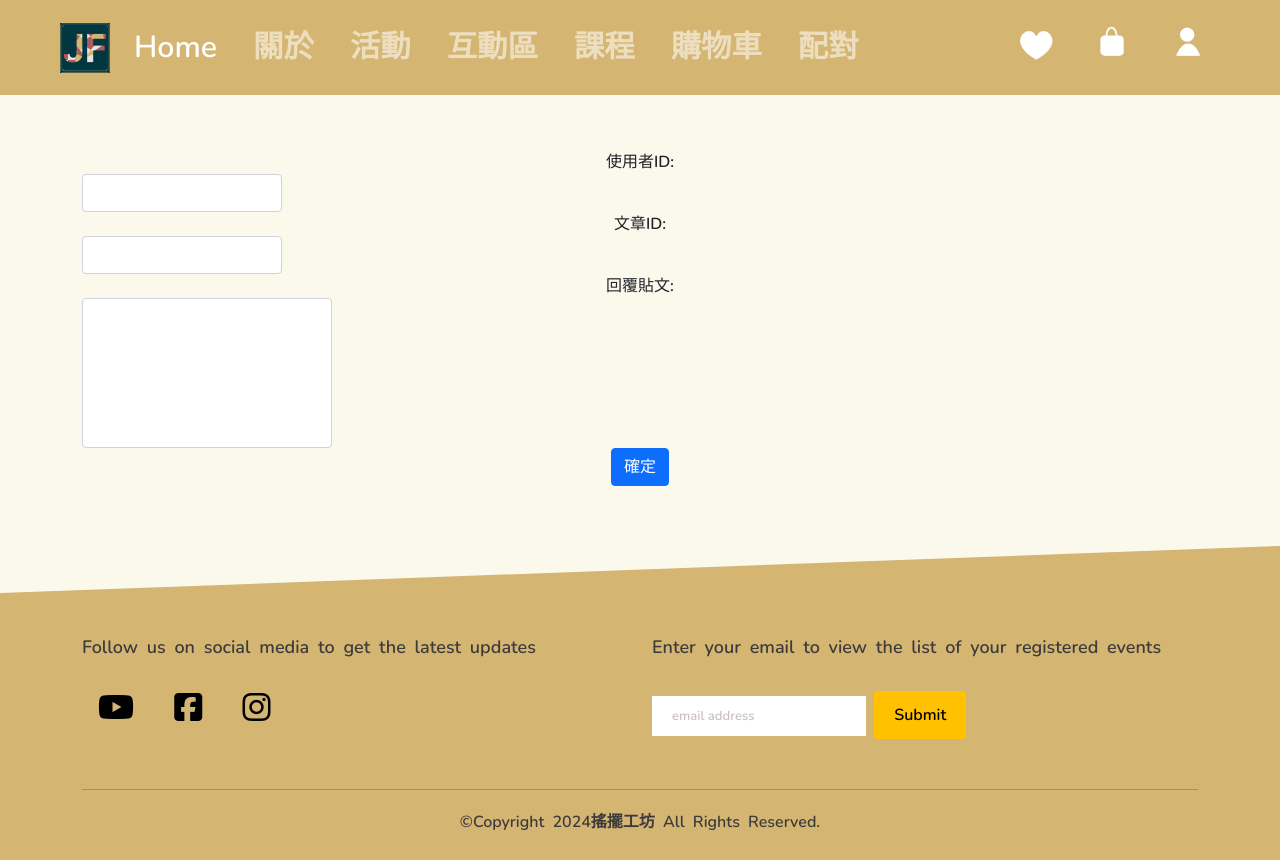
Repository: mmmooonnn0211/project
Page: workspace/demoSpringBoot-1/src/main/resources/static/html/ReplyInsertFront.html
An editor plug-in stored every save of this project. The page is shown before and after the next save, followed by the edit.
The browser window is 1280 px wide. The pictures show the whole page.
Some web libraries are served in a nearby version.

Above is the page before, as saved 2024-05-07 14:08:46.

After the next save:
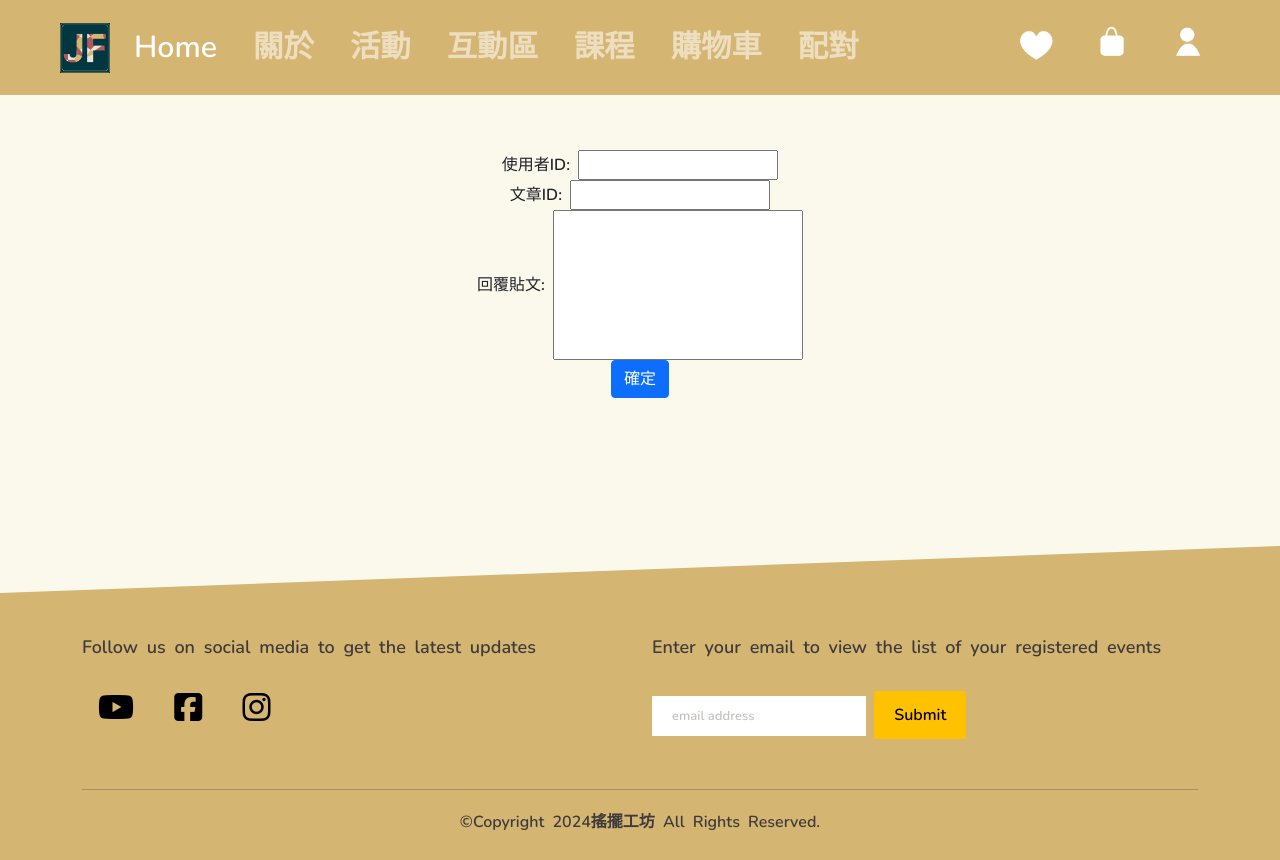
Saved 32 s later.
--- a/workspace/demoSpringBoot-1/src/main/resources/static/html/ReplyInsertFront.html
+++ b/workspace/demoSpringBoot-1/src/main/resources/static/html/ReplyInsertFront.html
@@ -45,18 +45,17 @@
 
 				<div>
 					<label for="userId">使用者ID:</label>
-					<input type="text" id="userId" name="userId" class="form-control" style="width: 200px;" />
+					<input type="text" id="userId" name="userId" style="width: 200px;" />
 				</div>
 
 				<div>
 					<label for="LTId">文章ID:</label>
-					<input type="text" id="LTId" name="LTId" class="form-control" style="width: 200px;" />
+					<input type="text" id="LTId" name="LTId" style="width: 200px;" />
 				</div>
 
 				<div>
 					<label for="replypost">回覆貼文:</label>
-					<input type="text" id="replypost" name="replypost" class="form-control"
-						style="width: 250px; height: 150px;" />
+					<input type="text" id="replypost" name="replypost" style="width: 250px; height: 150px;" />
 				</div>
 
 				<button type="submit" class="btn btn-primary">確定</button>
